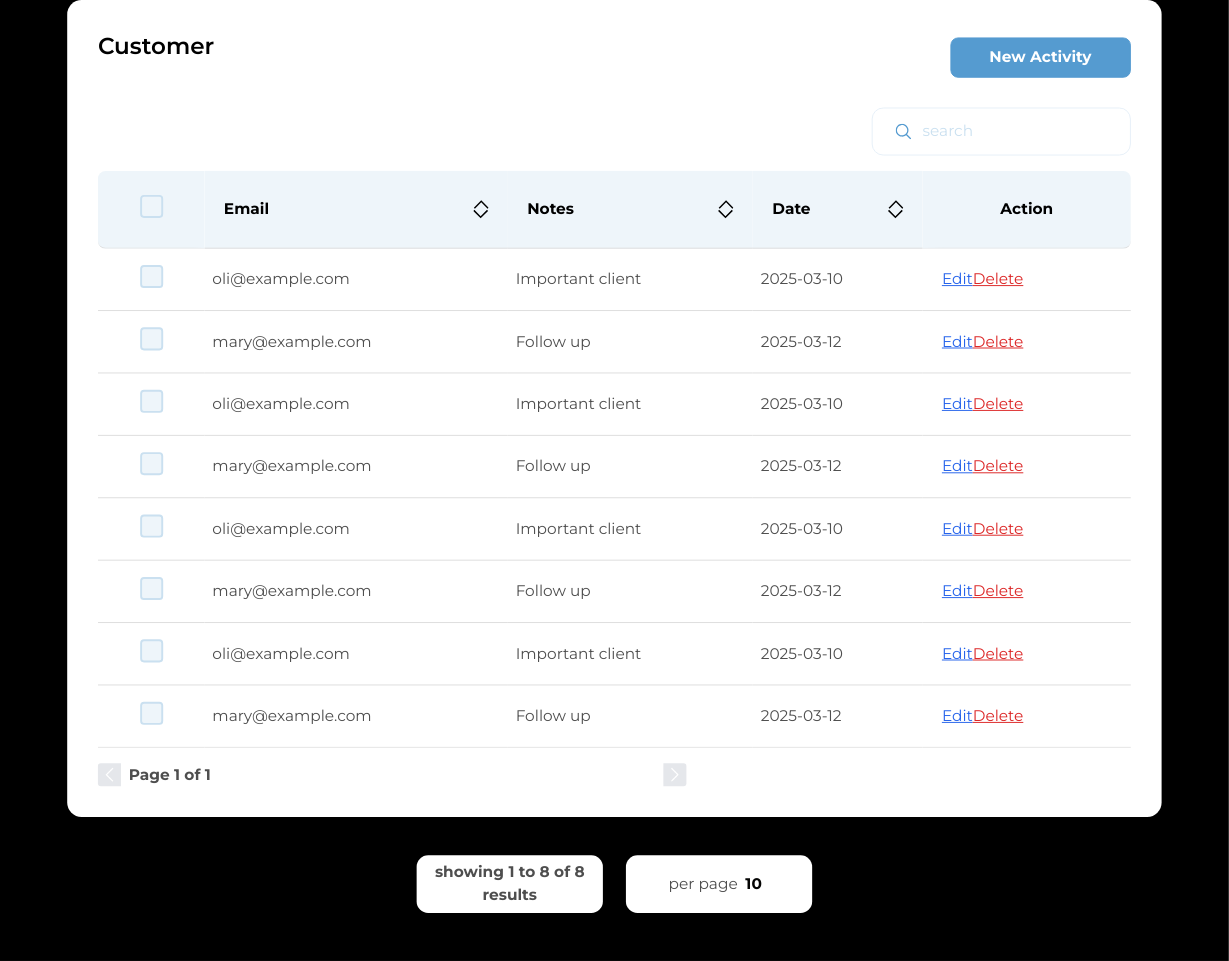
Repository: Abdelrhman-asker-smart/JsdcPIF
Page: tableAcitviy.html
An editor plug-in stored every save of this project. The page is shown before and after the next save, followed by the edit.
The browser window is 1280 px wide. The pictures show the whole page, at 96% of full size.
Some web libraries are served in a nearby version.

Above is the page before, as saved 2025-03-10 11:13:10.

After the next save:
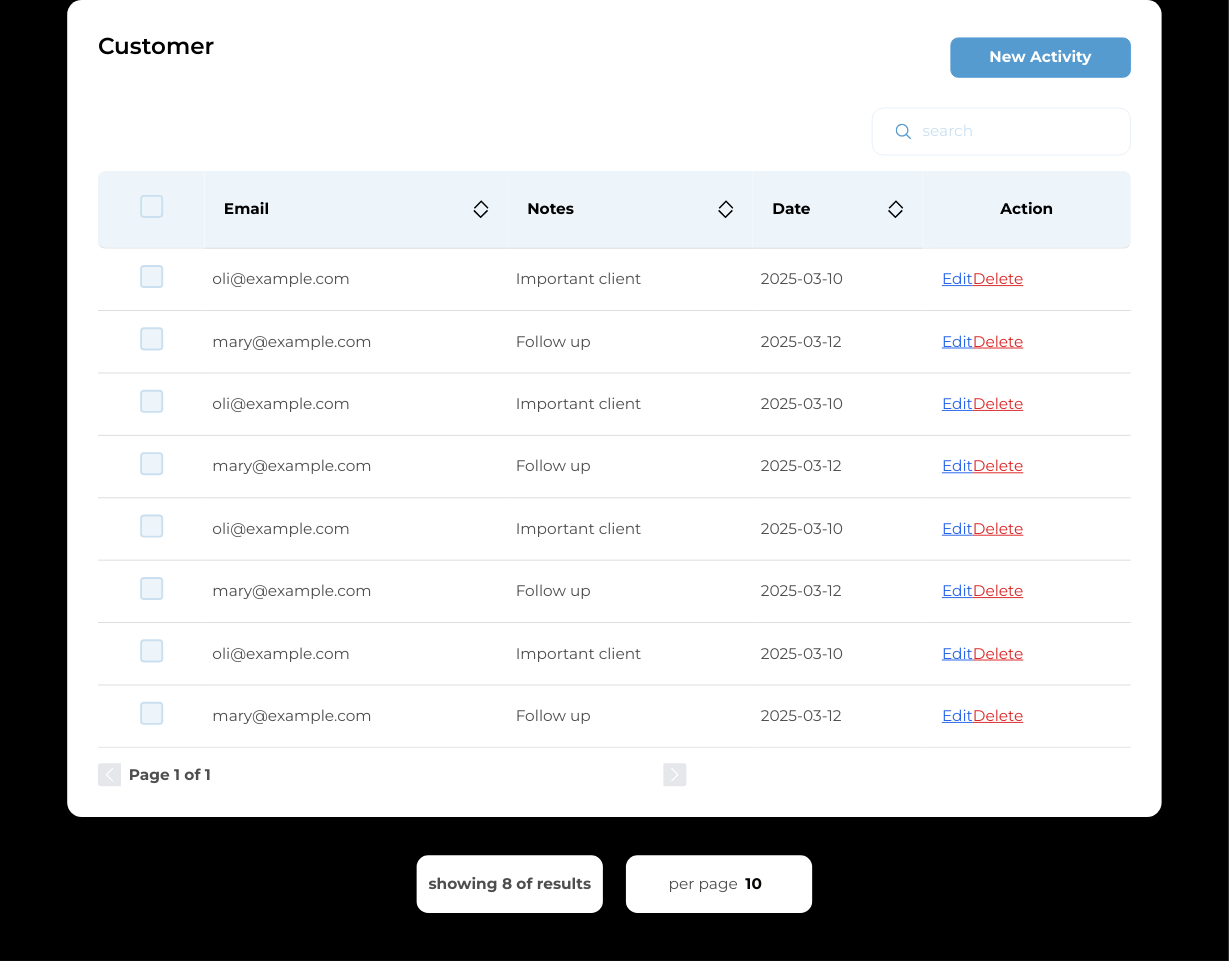
Saved 28 s later.
--- a/tableAcitviy.html
+++ b/tableAcitviy.html
@@ -515,7 +515,7 @@ New Activity            </button>
       const totalResults = activities.length;
       const start = currentPage * rowsPerPage + 1;
       const end = Math.min((currentPage + 1) * rowsPerPage, totalResults);
-      resultsText.textContent = `showing ${start} to ${end} of ${totalResults} result${totalResults > 1 ? "s" : ""}`;
+      resultsText.textContent = `showing  ${end} of result${totalResults > 1 ? "s" : ""}`;
     }
 
     prevButton.addEventListener("click", () => {
